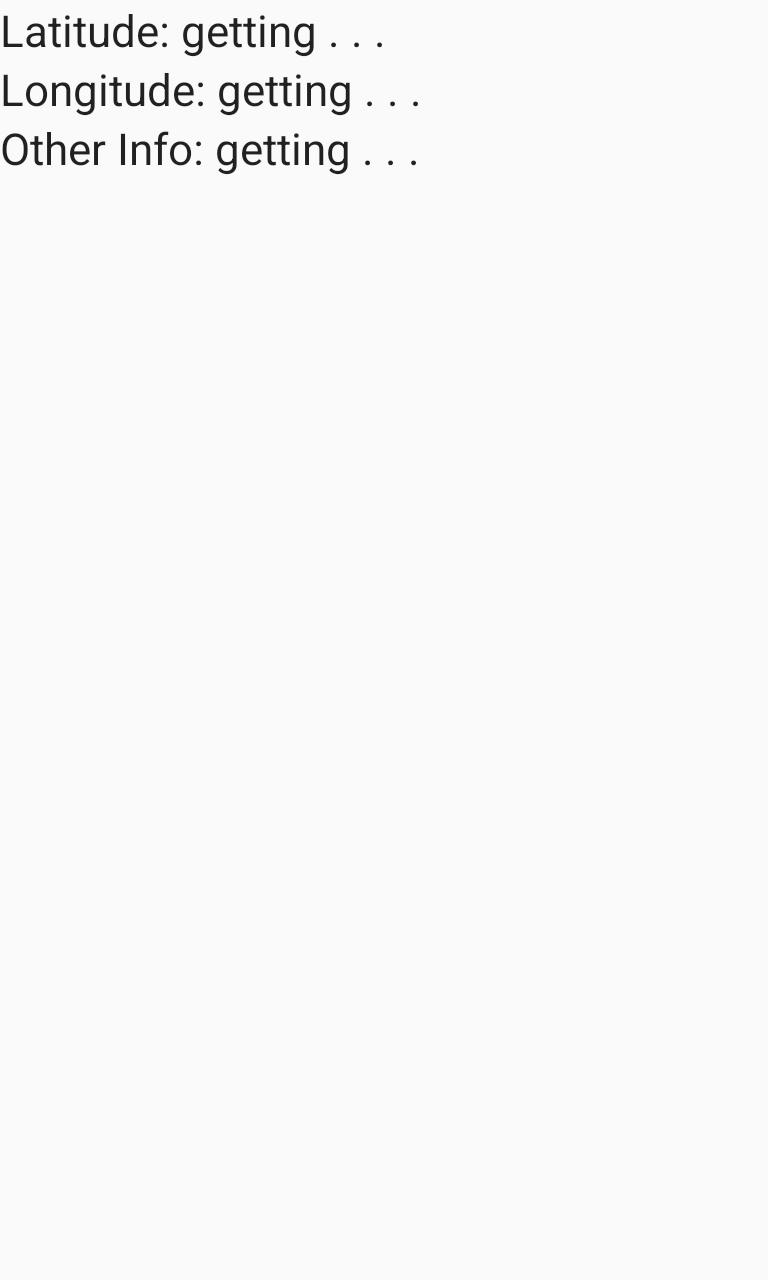
Repository: isitso/android_class
Layout: GPSDemo/res/layout/activity_main.xml
The author's editor kept a copy of each file at every save. The layout is drawn from the files as they stood at one save, then again after the next save.
It is drawn on a 768 x 1280 px phone screen (xhdpi) without system bars, with theme AppTheme; the app's code is not run.

Above is the layout before, as saved 2014-04-29 17:53:47.

### GPSDemo/res/layout/activity_main.xml
<RelativeLayout xmlns:android="http://schemas.android.com/apk/res/android"
    android:layout_width="fill_parent"
    android:layout_height="fill_parent" >

    <TextView
        android:id="@+id/latView"
        android:layout_width="wrap_content"
        android:layout_height="wrap_content"
        android:layout_alignParentLeft="true"
        android:layout_alignParentTop="true"
        android:text="Latitude: getting . . ."
        android:textAppearance="?android:attr/textAppearanceLarge" />

    <TextView
        android:id="@+id/otherView"
        android:layout_width="wrap_content"
        android:layout_height="wrap_content"
        android:layout_alignParentLeft="true"
        android:layout_below="@+id/latView"
        android:text="Longitude: getting . . ."
        android:textAppearance="?android:attr/textAppearanceLarge" />

    <TextView
        android:id="@+id/longView"
        android:layout_width="wrap_content"
        android:layout_height="wrap_content"
        android:layout_alignParentLeft="true"
        android:layout_below="@+id/otherView"
        android:text="Other Info: getting . . . "
        android:textAppearance="?android:attr/textAppearanceLarge" />

</RelativeLayout>

Loaded but not shown: GPSDemo/res/values/styles.xml (common file); GPSDemo/res/values-v11/styles.xml (common file); GPSDemo/res/values-v14/styles.xml (common file)

After the next save:
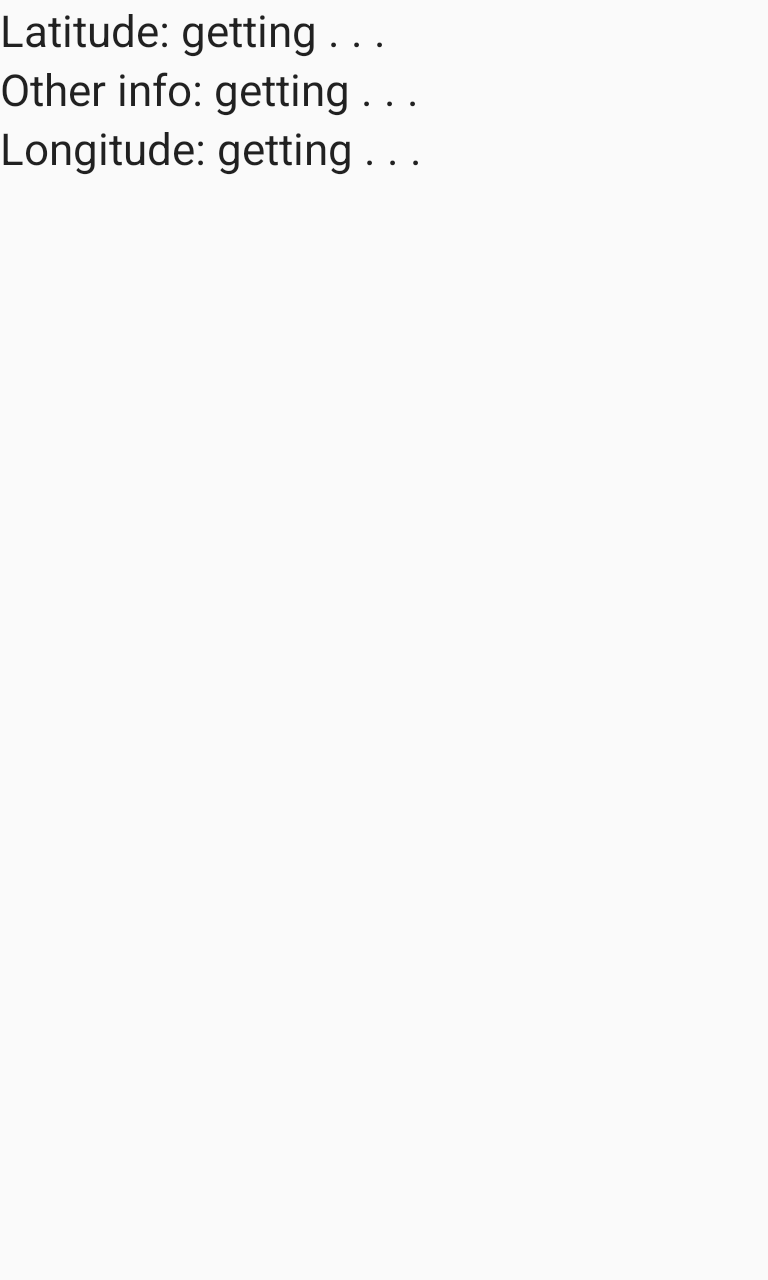
Saved 37 s later.
--- a/GPSDemo/res/layout/activity_main.xml
+++ b/GPSDemo/res/layout/activity_main.xml
@@ -17,7 +17,7 @@
         android:layout_height="wrap_content"
         android:layout_alignParentLeft="true"
         android:layout_below="@+id/latView"
-        android:text="Longitude: getting . . ."
+        android:text="Other info: getting . . ."
         android:textAppearance="?android:attr/textAppearanceLarge" />
 
     <TextView
@@ -26,7 +26,7 @@
         android:layout_height="wrap_content"
         android:layout_alignParentLeft="true"
         android:layout_below="@+id/otherView"
-        android:text="Other Info: getting . . . "
+        android:text="Longitude: getting . . . "
         android:textAppearance="?android:attr/textAppearanceLarge" />
 
 </RelativeLayout>
